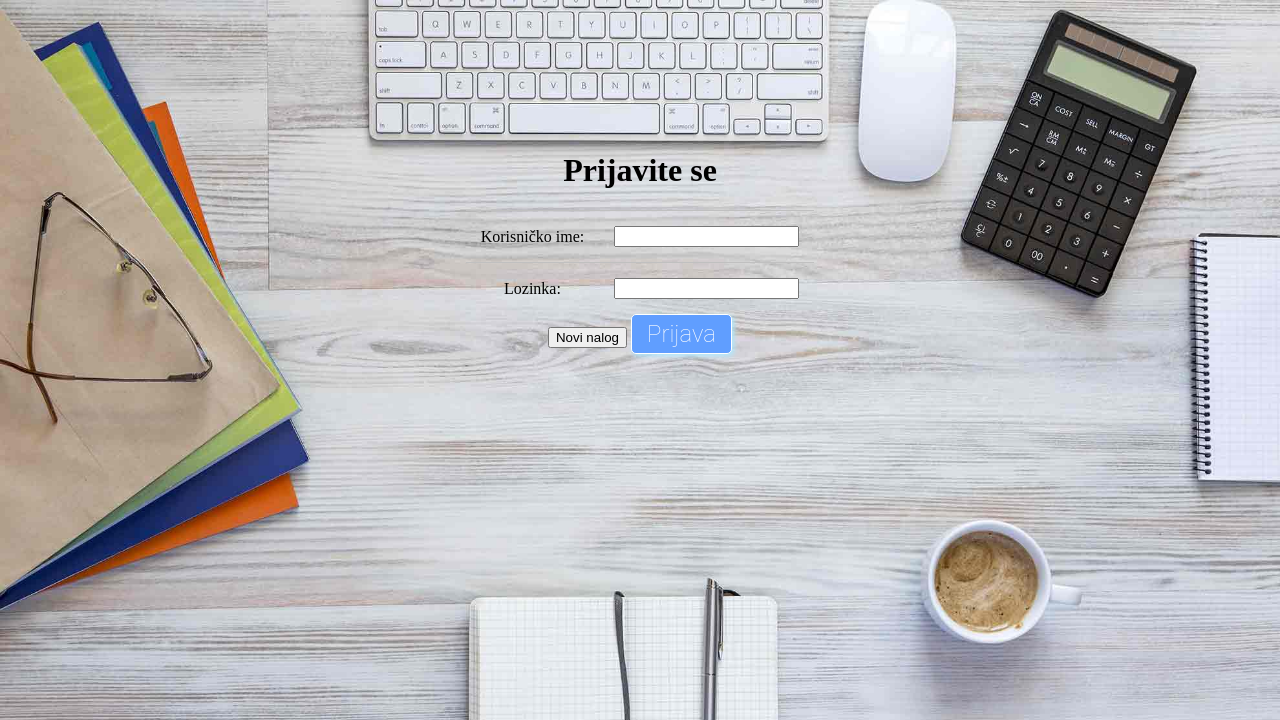
Repository: KristijanPetkovic/java-applet-video-library
Page: Projekti/www.videoteka.com/WebContent/login.html
An editor plug-in stored every save of this project. The page is shown before and after the next save, followed by the edit.
The browser window is 1280 px wide. The pictures show the whole page.

Above is the page before, as saved 2019-01-09 21:16:48.

### Projekti/www.videoteka.com/WebContent/login.html
<!DOCTYPE html>
<html>
	<head>
		<meta http-equiv="content-type" content="text/html; charset=utf-8">
		<title>Prijavljivanje</title>
		<link rel="stylesheet" href="logovanje.css" >
	</head>
	<body>
		<h1 id="naslov">Prijavite se</h1>
		<form method="post">
			<table class="center" cellpadding="15px">
				<tr>
					<td>Korisničko ime: </td>
					<td> <input name="ime" type="text"> </td>
				</tr>
				<tr>
					<td>Lozinka: </td>
					<td> <input name="sifra" type="text"> </td>
				</tr>
			</table>
			<input name="otvaranje" type="submit" value="Novi nalog" formaction="noviKorisnik.html">
			<input class="color-change" name="prijava" type="submit" value="Prijava" formaction="LoginServlet" >

		</form>
	</body>
</html>

### Projekti/www.videoteka.com/WebContent/logovanje.css
#naslov{
    margin-top:12%;
    }
table.center {
    margin-left:auto;
    margin-right:auto;
    cellpadding:15px;
  }
body {
  background: url(poz.jpg);
  background-repeat:no-repeat;
  background-size:cover;
  text-align:center;
  }
#produzenje{
	font-family: Arial;
	font-weight: bold;
	font-size: 30px;
}
.iskosi{
	font-style: italic;
}
table{
	border-color: rgb(0,0,0);

	border-collapse: collapse;
}
.desno{
	text-align: right;
}
th{
	color: rgb(255, 255, 255);
	background: rgb(0, 0, 0);
	collspan: 2;
}
td{
	border-top: 1pt solid silver;
	padding: 10;
}
ttr:nth-child(odd){
	background: rgb(255, 255, 255);
}
tr:hover{
	background: rgb(96, 158, 255);
}
input:focus{
	background-color: rgb(255, 255, 179);
	border-color: rgb(186, 186, 186);
}
.color-change {
  border-radius: 5px;
  font-size: 20px;
  padding: 5px 15px;
  cursor: pointer;
  color: #fff;
  background-color: rgb(96, 158, 255);
  font-size: 1.5rem;
  font-family: 'Roboto';
  font-weight: 100;
  border: 1px solid #fff;
  box-shadow: 2px 2px 5px #AFE9FF;
  transition-duration: 0.5s;
  -webkit-transition-duration: 0.5s;
  -moz-transition-duration: 0.5s;
}

.color-change:hover {
  color: #006398;
  border: 1px solid #006398;
  box-shadow: 2px 2px 20px #AFE9FF;
}

button.color-change {
  -webkit-appearance: none;
  -moz-appearance: none;
}

After the next save:
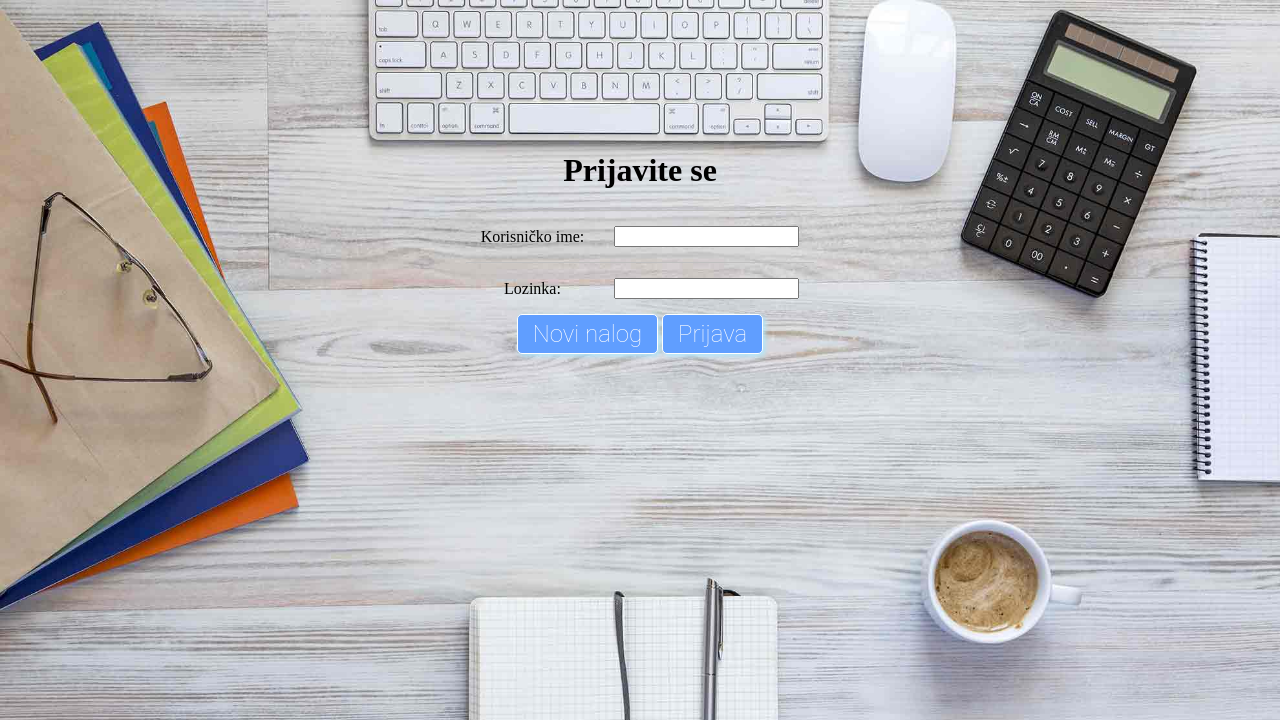
Saved 16 s later.
--- a/Projekti/www.videoteka.com/WebContent/login.html
+++ b/Projekti/www.videoteka.com/WebContent/login.html
@@ -18,7 +18,7 @@
 					<td> <input name="sifra" type="text"> </td>
 				</tr>
 			</table>
-			<input name="otvaranje" type="submit" value="Novi nalog" formaction="noviKorisnik.html">
+			<input class="color-change" name="otvaranje" type="submit" value="Novi nalog" formaction="noviKorisnik.html">
 			<input class="color-change" name="prijava" type="submit" value="Prijava" formaction="LoginServlet" >
 
 		</form>
